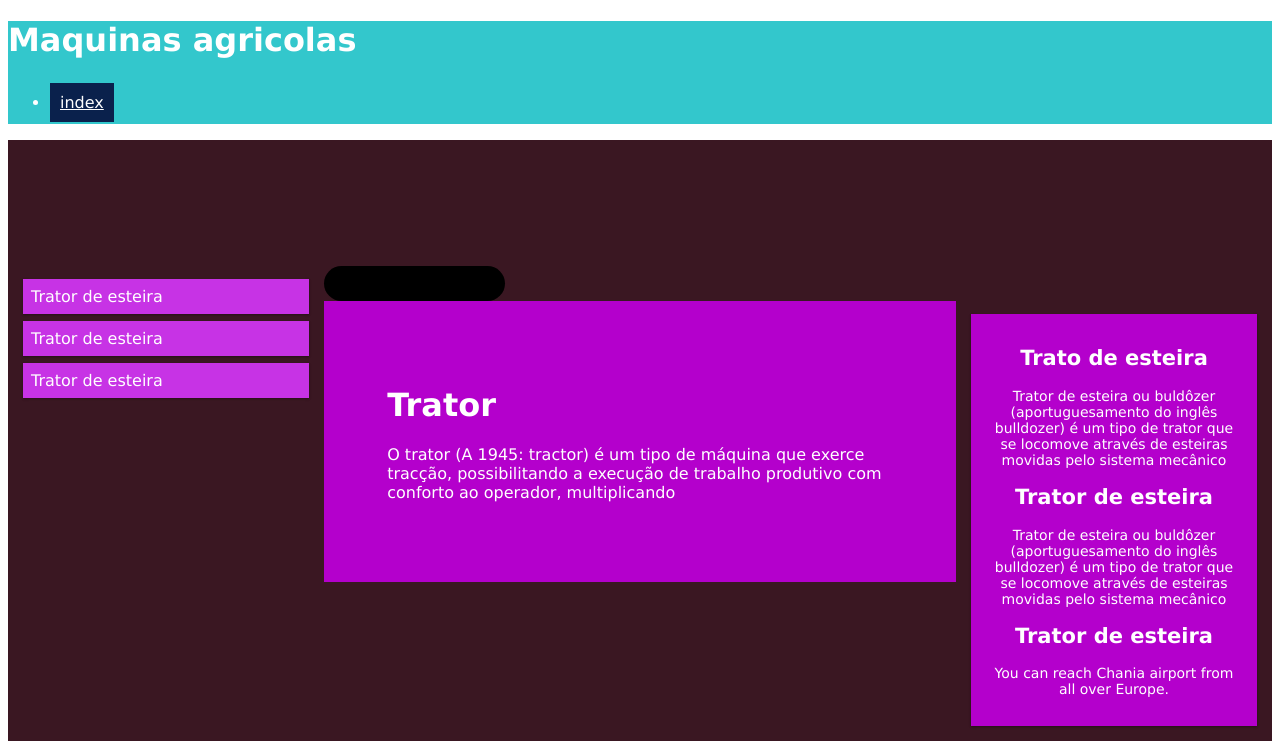
Repository: ecrseer/pesquisa-carros-html
Page: news.html
An editor plug-in stored every save of this project. The page is shown before and after the next save, followed by the edit.
The browser window is 1280 px wide. The pictures show the whole page.

Above is the page before, as saved 2022-01-21 16:16:02.
Console error: TypeError: Cannot read properties of undefined (reading 'fn')

After the next save:
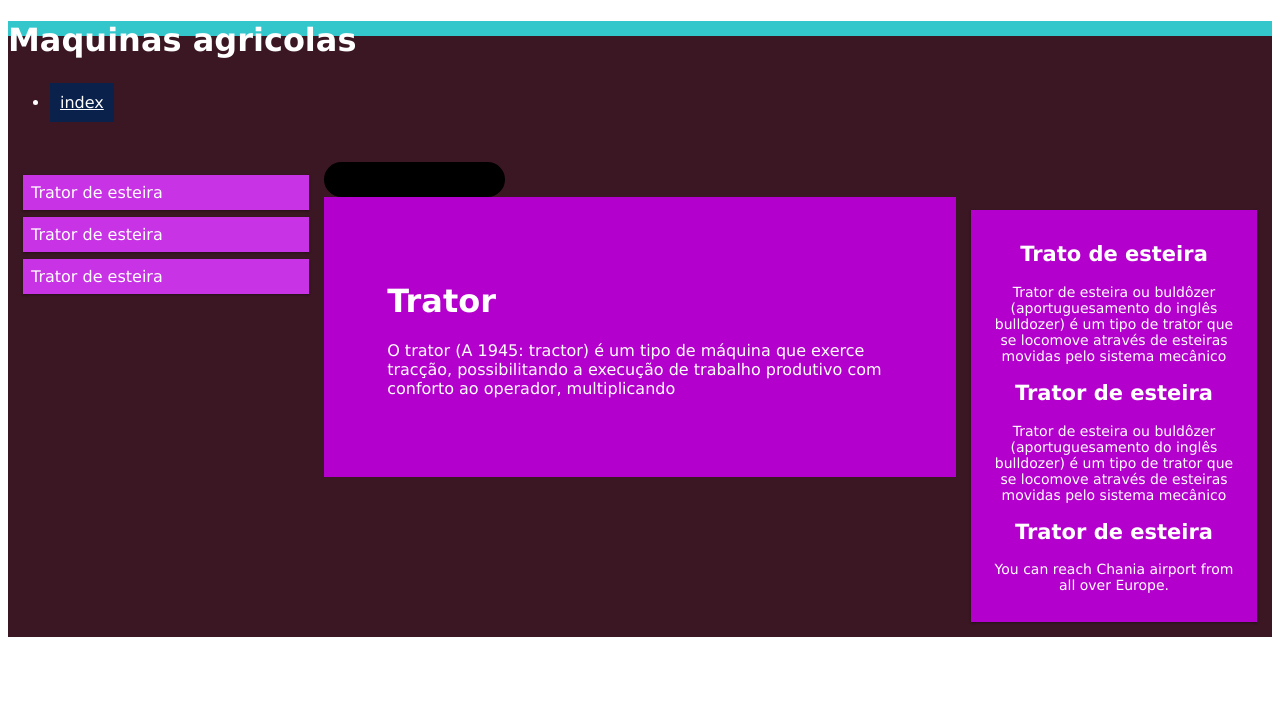
Saved 4 s later.
--- a/news.css
+++ b/news.css
@@ -37,7 +37,7 @@
     position: sticky;
     z-index: 2;
     width: 100%;
-    max-height: ;
+    max-height: 2vh;
   }
   .resto{
       background-color: #3a1722;

After the save that followed:
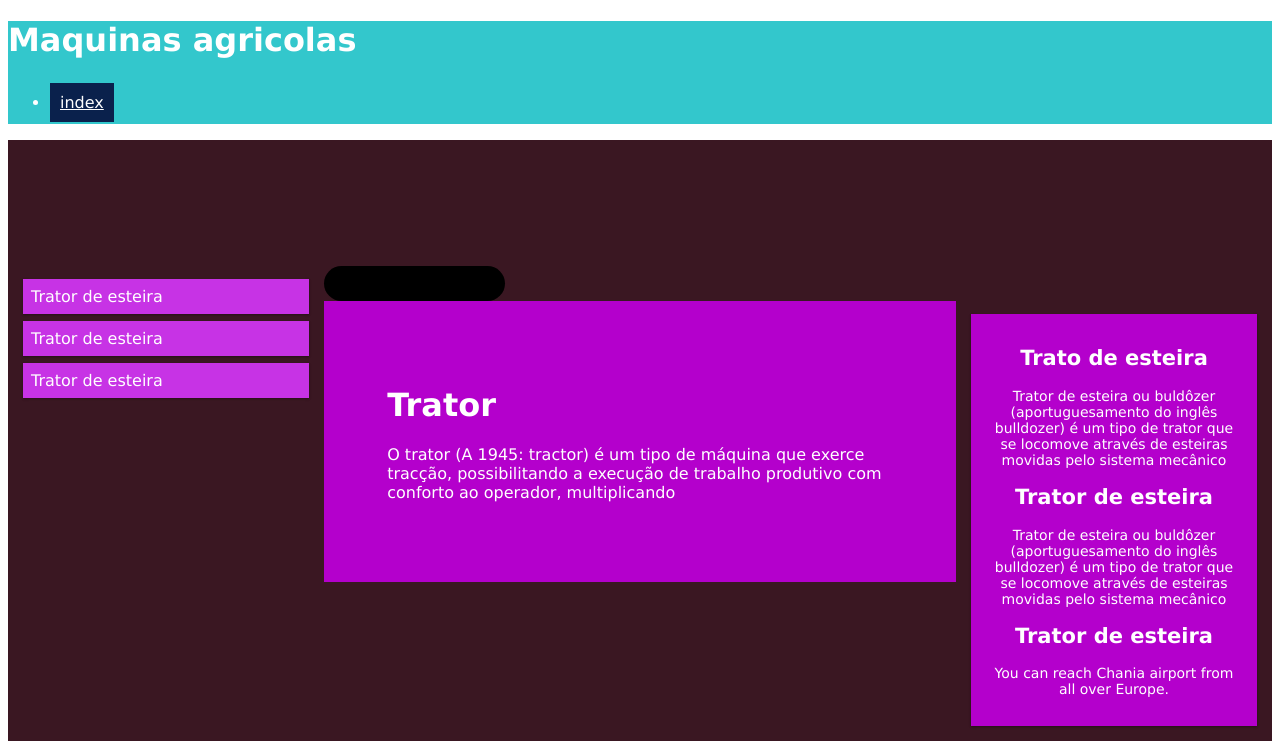
Saved 4 s later.
--- a/news.css
+++ b/news.css
@@ -37,7 +37,7 @@
     position: sticky;
     z-index: 2;
     width: 100%;
-    max-height: 2vh;
+    max-height: 21vh;
   }
   .resto{
       background-color: #3a1722;
